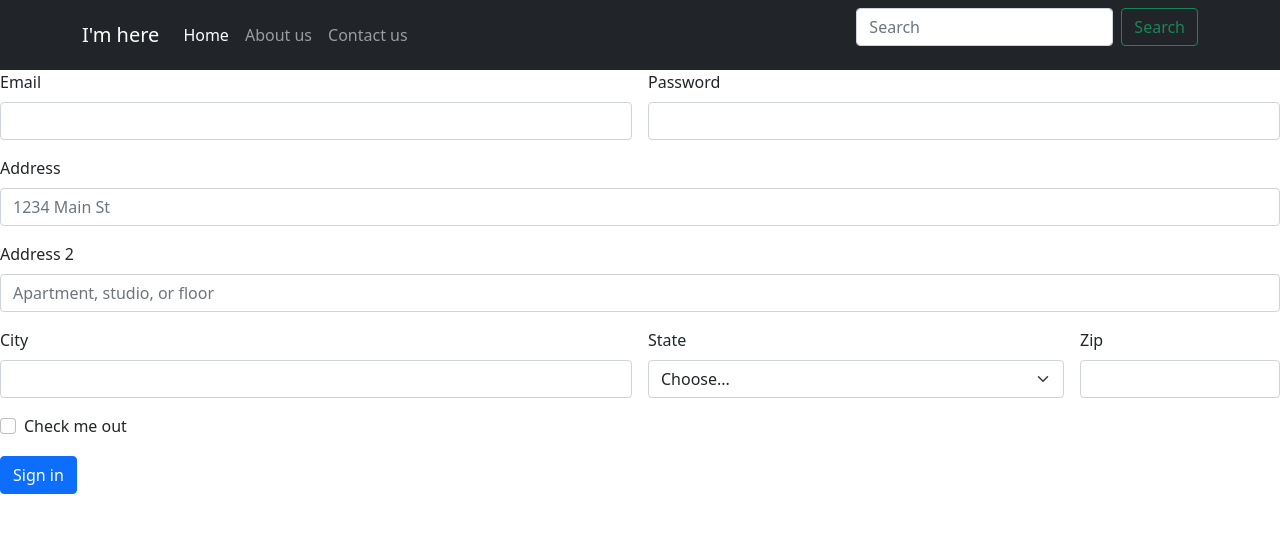
Repository: ritikalohia/Django-beginners-
Page: textutiles/templates/contact.html
The author's editor kept a copy of each file at every save. The page is drawn from the files as they stood at one save, then again after a run of saves.
The browser window is 1280 px wide. The page is 1288 px wide, so the pictures cover 1288 px, including what lies to the right of the window. The pictures show the whole page.

Above is the page before, as saved 2021-05-22 20:59:44.

### textutiles/templates/contact.html
<DOCTYPE html>
<html lang="en">
<head>
    <meta charset="UTF-8">
    <title>home/contact</title>

    <!-- Required meta tags -->
    <meta charset="utf-8">
    <meta name="viewport" content="width=device-width, initial-scale=1">

    <!-- Bootstrap CSS -->
    <link href="https://cdn.jsdelivr.net/npm/bootstrap@5.0.1/dist/css/bootstrap.min.css" rel="stylesheet" integrity="sha384-+0n0xVW2eSR5OomGNYDnhzAbDsOXxcvSN1TPprVMTNDbiYZCxYbOOl7+AMvyTG2x" crossorigin="anonymous">
</head>
<body>

    <nav class="navbar navbar-expand-lg navbar-dark bg-dark">
        <div class="container">
        <button class="navbar-toggler" type="button" data-bs-toggle="collapse" data-bs-target="#navbarTogglerDemo01" aria-controls="navbarTogglerDemo01" aria-expanded="false" aria-label="Toggle navigation">
            <span class="navbar-toggler-icon"></span>
        </button>
        <div class="collapse navbar-collapse" id="navbarTogglerDemo01">
            <a class="navbar-brand" href="#">I'm here</a>
        <ul class="navbar-nav me-auto mb-2 mb-lg-0">
            <li class="nav-item">
                <a class="nav-link active" aria-current="page" href="#">Home</a>
            </li>
            <li class="nav-item">
                <a class="nav-link" href="/about">About us</a>
            </li>
            <li class="nav-item">
                <a class="nav-link" href="/contact">Contact us</a>
            </li>
        </ul>
      <form class="d-flex">
        <input class="form-control me-2" type="search" placeholder="Search" aria-label="Search">
        <button class="btn btn-outline-success" type="submit">Search</button>
      </form>
    </div>
    </div>
    </nav>

    <form class="row g-3">
  <div class="col-md-6">
    <label for="inputEmail4" class="form-label">Email</label>
    <input type="email" class="form-control" id="inputEmail4">
  </div>
  <div class="col-md-6">
    <label for="inputPassword4" class="form-label">Password</label>
    <input type="password" class="form-control" id="inputPassword4">
  </div>
  <div class="col-12">
    <label for="inputAddress" class="form-label">Address</label>
    <input type="text" class="form-control" id="inputAddress" placeholder="1234 Main St">
  </div>
  <div class="col-12">
    <label for="inputAddress2" class="form-label">Address 2</label>
    <input type="text" class="form-control" id="inputAddress2" placeholder="Apartment, studio, or floor">
  </div>
  <div class="col-md-6">
    <label for="inputCity" class="form-label">City</label>
    <input type="text" class="form-control" id="inputCity">
  </div>
  <div class="col-md-4">
    <label for="inputState" class="form-label">State</label>
    <select id="inputState" class="form-select">
      <option selected>Choose...</option>
      <option>...</option>
    </select>
  </div>
  <div class="col-md-2">
    <label for="inputZip" class="form-label">Zip</label>
    <input type="text" class="form-control" id="inputZip">
  </div>
  <div class="col-12">
    <div class="form-check">
      <input class="form-check-input" type="checkbox" id="gridCheck">
      <label class="form-check-label" for="gridCheck">
        Check me out
      </label>
    </div>
  </div>
  <div class="col-12">
    <button type="submit" class="btn btn-primary">Sign in</button>
  </div>
</form>
</body>
</html>

After the next 2 saves:
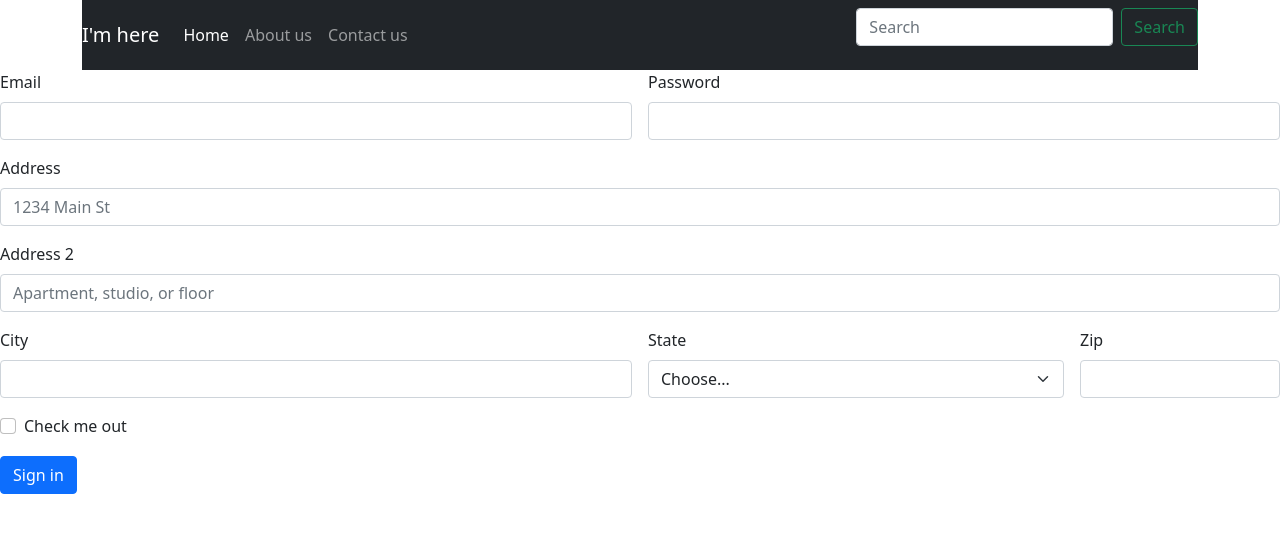
The 2 saves are shown as one change because they came seconds apart.
The last was saved 16 min 57 s later.
--- a/textutiles/templates/contact.html
+++ b/textutiles/templates/contact.html
@@ -12,9 +12,9 @@
     <link href="https://cdn.jsdelivr.net/npm/bootstrap@5.0.1/dist/css/bootstrap.min.css" rel="stylesheet" integrity="sha384-+0n0xVW2eSR5OomGNYDnhzAbDsOXxcvSN1TPprVMTNDbiYZCxYbOOl7+AMvyTG2x" crossorigin="anonymous">
 </head>
 <body>
+    <div class="container">
+    <nav class="navbar navbar-expand-lg navbar-dark bg-dark">
 
-    <nav class="navbar navbar-expand-lg navbar-dark bg-dark">
-        <div class="container">
         <button class="navbar-toggler" type="button" data-bs-toggle="collapse" data-bs-target="#navbarTogglerDemo01" aria-controls="navbarTogglerDemo01" aria-expanded="false" aria-label="Toggle navigation">
             <span class="navbar-toggler-icon"></span>
         </button>
